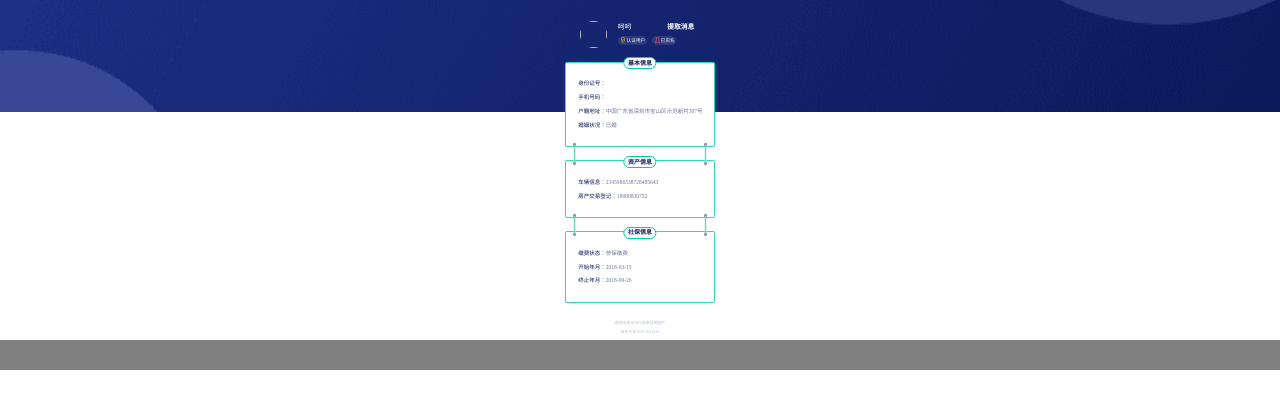
Repository: zlpstart/qingdao-new
Page: /Record
These files come from the project's save history. The page is drawn as it stood at one moment and after the next save; the edit follows.
The browser window is 1280 px wide. The pictures show the whole page.
The page's requests for data from a server got no answer. Some web fonts or font styles are not loaded; a fallback is used. The project was rebuilt for these pictures with package versions that can differ from the ones it lists, and the page was loaded fresh each time. No one was signed in, and anything a server would have sent is missing. Also part of the build but not shown: src/components/MySpace.vue, src/components/Home.vue, src/components/Enterprise.vue, src/components/Opinion.vue, src/components/Opinion2.vue, src/components/Car.vue, src/components/House.vue, src/components/License.vue and 5 more.

Above is the page before, as saved 2019-09-22 16:20:49.

After the next save:
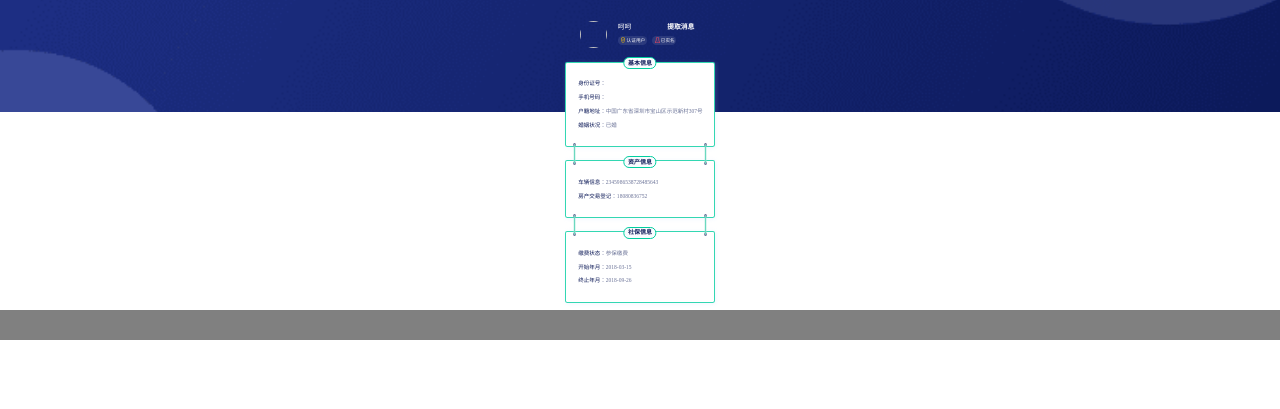
Saved 24 s later.
--- a/src/components/Record.vue
+++ b/src/components/Record.vue
@@ -588,6 +588,7 @@ body {
   width: 100%;
   height: 1.8667rem;
   position: fixed;
+  bottom: 0;
   background: gray;
 }
 </style>
